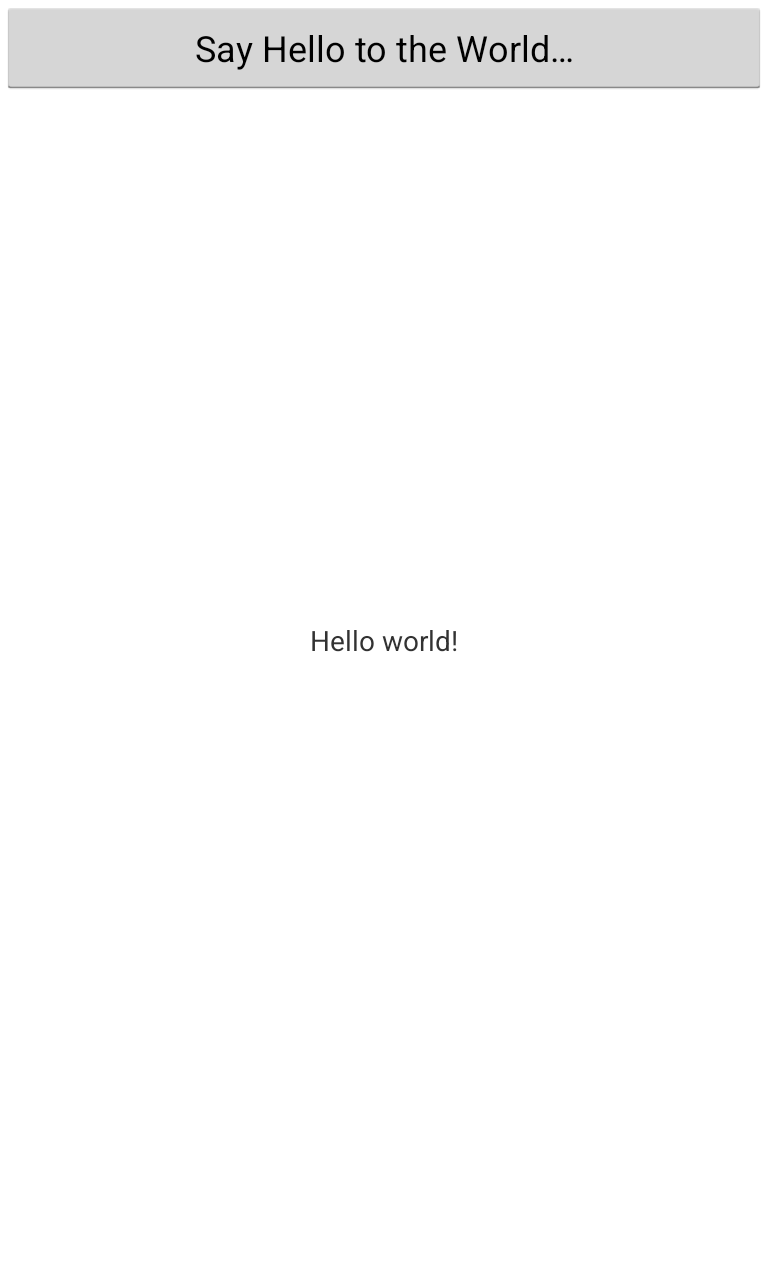
Repository: lnplnp/wifi-scheduler
Layout: WIFIScheduler/res/layout/activity_main.xml
The author's editor kept a copy of each file at every save. The layout is drawn from the files as they stood at one save, then again after the next save.
It is drawn on a 768 x 1280 px phone screen (xhdpi) without system bars, with theme AppTheme; the app's code is not run.

Above is the layout before, as saved 2013-01-04 13:45:05.

### WIFIScheduler/res/layout/activity_main.xml
<RelativeLayout xmlns:android="http://schemas.android.com/apk/res/android"
    xmlns:tools="http://schemas.android.com/tools"
    android:layout_width="match_parent"
    android:layout_height="match_parent"
    tools:context=".MainActivity" >

    <TextView
        android:id="@+id/textViewHelloWorld"
        android:layout_width="wrap_content"
        android:layout_height="wrap_content"
        android:layout_centerHorizontal="true"
        android:layout_centerVertical="true"
        android:text="@string/hello_world" />

    <Button
        android:id="@+id/buttonSayHello"
        android:layout_width="wrap_content"
        android:layout_height="wrap_content"
        android:layout_alignParentLeft="true"
        android:layout_alignParentRight="true"
        android:layout_alignParentTop="true"
        android:text="@string/say_hello" />

</RelativeLayout>

### WIFIScheduler/res/values/strings.xml
<?xml version="1.0" encoding="utf-8"?>
<resources>

    <string name="app_name">WIFI Scheduler</string>
    <string name="hello_world">Hello world!</string>
    <string name="menu_settings">Settings</string>
    <string name="say_hello">Say Hello to the World&#8230;</string>

</resources>

Loaded but not shown: WIFIScheduler/res/values/styles.xml (common file); WIFIScheduler/res/values-v11/styles.xml (common file); WIFIScheduler/res/values-v14/styles.xml (common file)

After the next save:
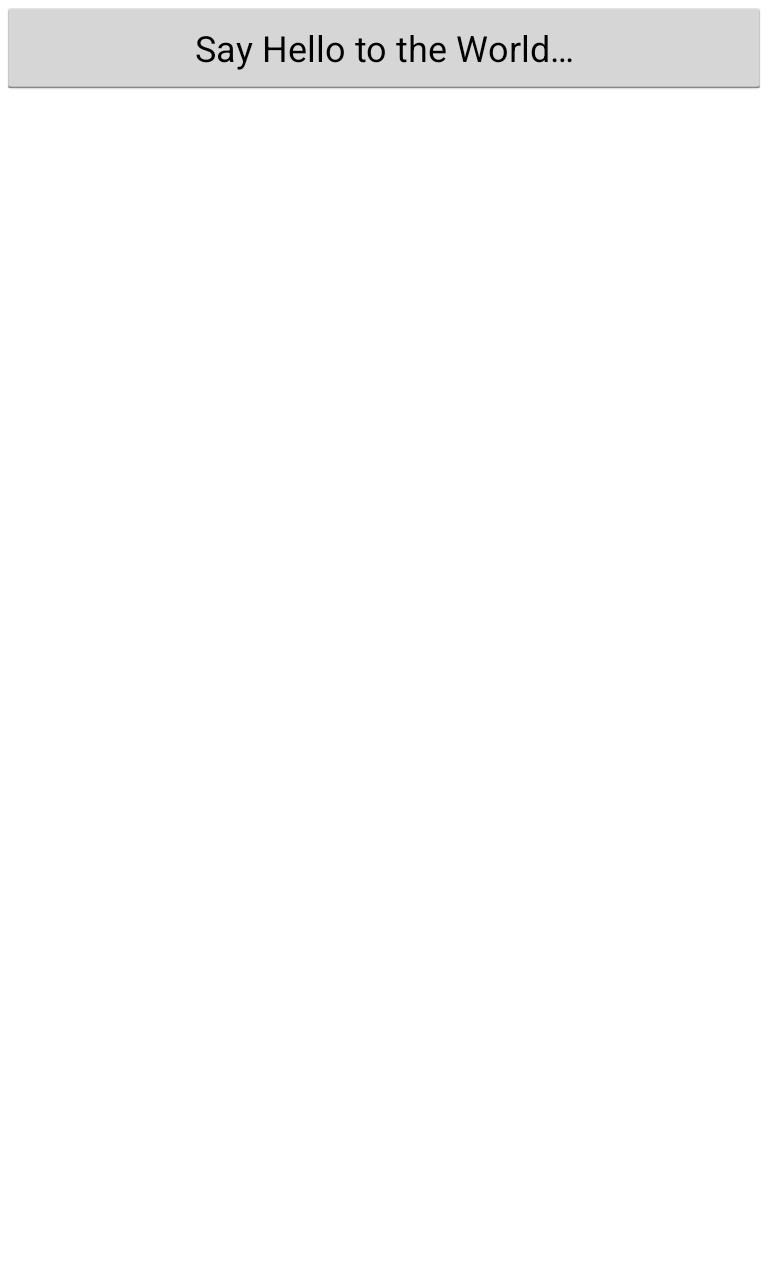
Saved 94 s later.
--- a/WIFIScheduler/res/layout/activity_main.xml
+++ b/WIFIScheduler/res/layout/activity_main.xml
@@ -10,7 +10,8 @@
         android:layout_height="wrap_content"
         android:layout_centerHorizontal="true"
         android:layout_centerVertical="true"
-        android:text="@string/hello_world" />
+        android:text="@string/hello_world"
+        android:visibility="gone" />
 
     <Button
         android:id="@+id/buttonSayHello"
